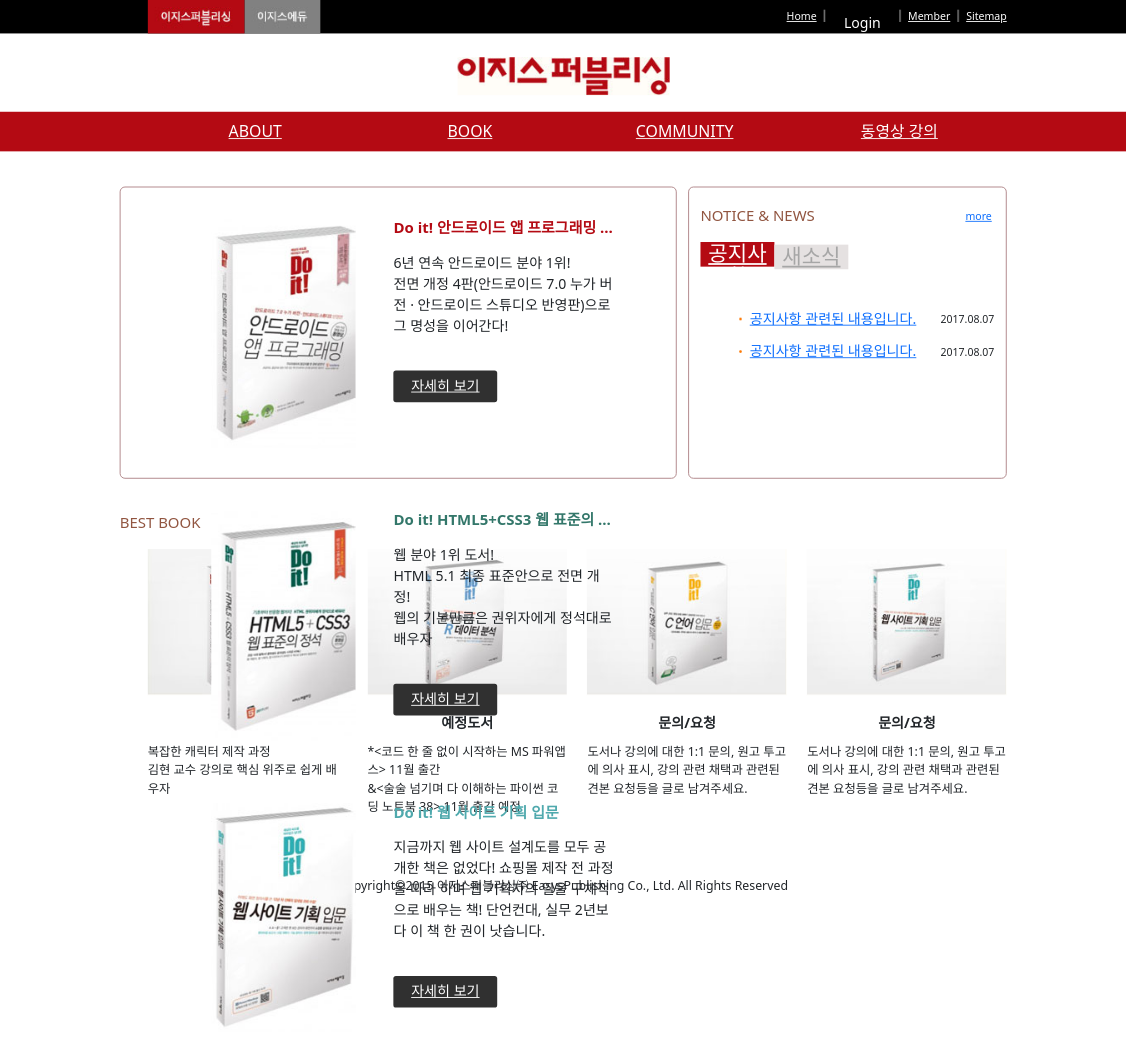
Repository: yeonddu/green_js
Page: pro01/testys/index.html
An editor plug-in stored every save of this project. The page is shown before and after the next save, followed by the edit.
The browser window is 1280 px wide. The pictures show the whole page, at 88% of full size.

Above is the page before, as saved 2022-12-26 07:23:27.

After the next save:
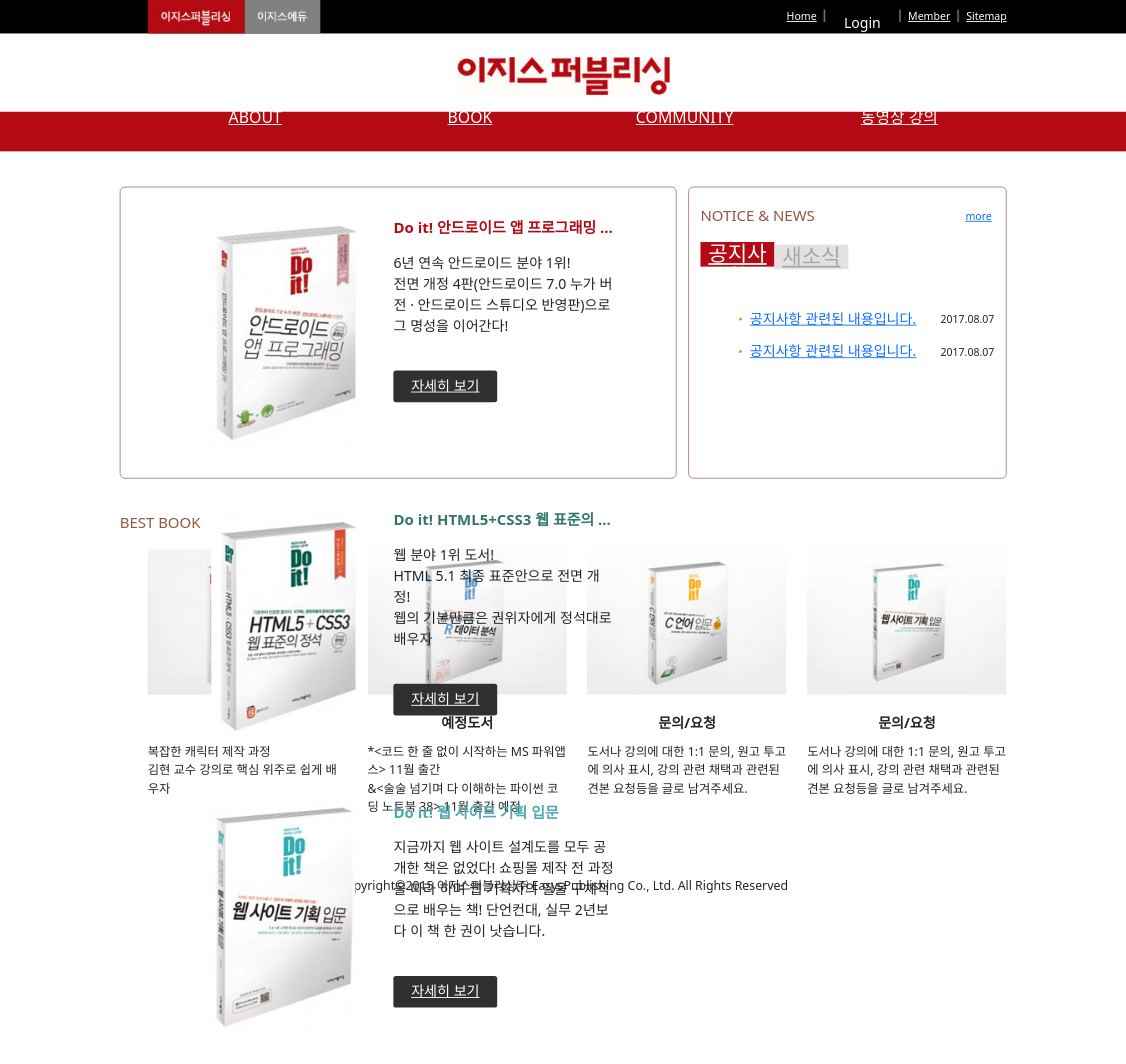
Saved 16 s later.
--- a/pro01/testys/css/common.css
+++ b/pro01/testys/css/common.css
@@ -30,9 +30,9 @@
 #gnb{position: absolute;left: 0;bottom: 0;width: 100%;z-index: 100;}
 #gnb > ul > li{width:25%;float: left;position: relative;}
 #gnb > ul > li > a{color: #fff;font-size:18px;text-align:center;display: block;height:45px;line-height:45px;}
+nav > ul { overflow: hidden; }
 #gnb ul ul{display: none;position: absolute;left:50%;top:45px;width: 180px;margin-left: -90px;background-color: #fff;border: 1px solid #b40a13;border-top: none;border-radius: 0 0 7px 7px;font-size:13px; z-index:99;}
 #gnb ul ul a{display: block;height: 40px;line-height: 40px;text-align: center;}
-
 .mobile-menu-open{
     position: absolute;
     right: 10px;

After the save that followed:
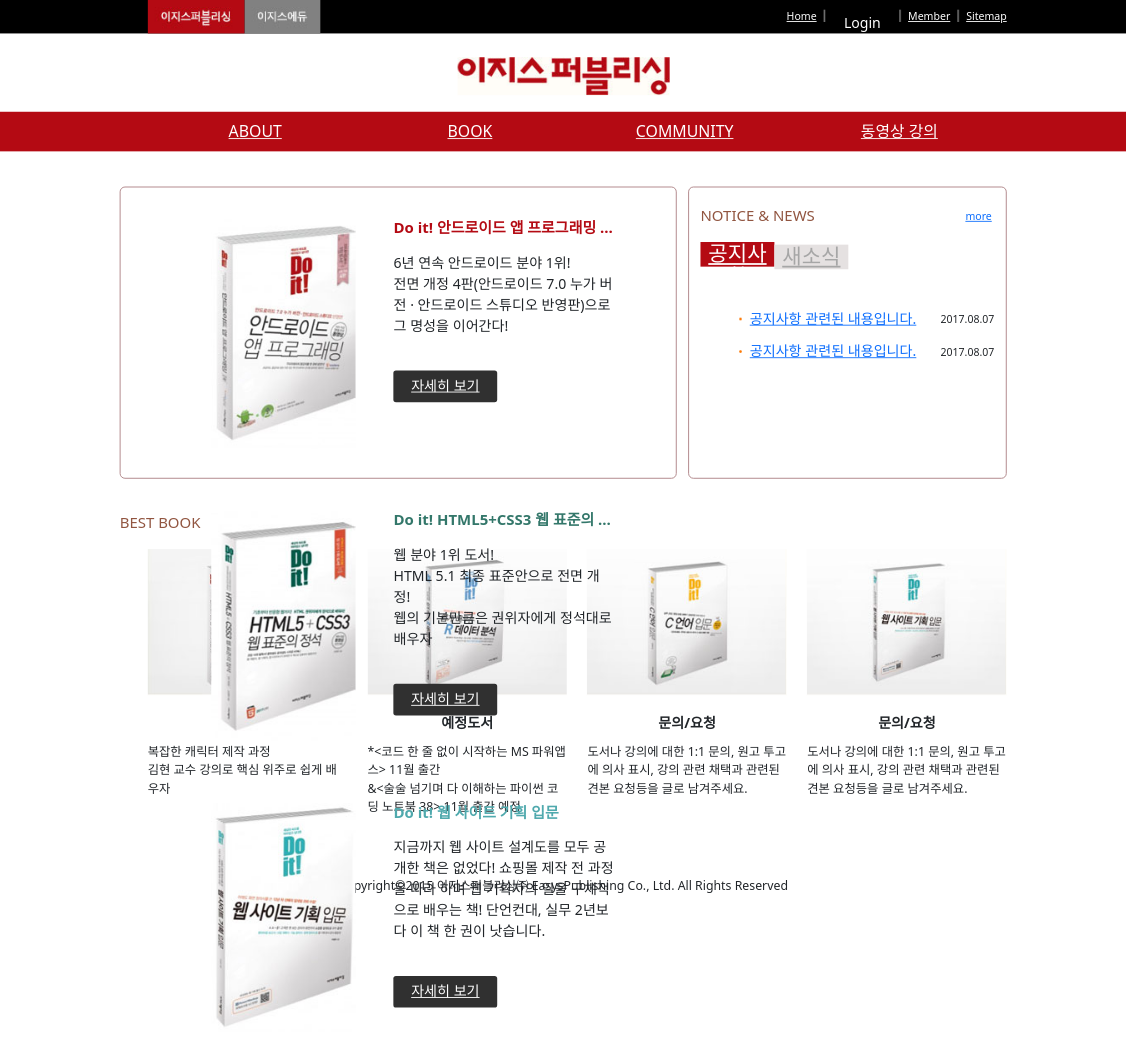
Saved 5 s later.
--- a/pro01/testys/css/common.css
+++ b/pro01/testys/css/common.css
@@ -30,7 +30,6 @@
 #gnb{position: absolute;left: 0;bottom: 0;width: 100%;z-index: 100;}
 #gnb > ul > li{width:25%;float: left;position: relative;}
 #gnb > ul > li > a{color: #fff;font-size:18px;text-align:center;display: block;height:45px;line-height:45px;}
-nav > ul { overflow: hidden; }
 #gnb ul ul{display: none;position: absolute;left:50%;top:45px;width: 180px;margin-left: -90px;background-color: #fff;border: 1px solid #b40a13;border-top: none;border-radius: 0 0 7px 7px;font-size:13px; z-index:99;}
 #gnb ul ul a{display: block;height: 40px;line-height: 40px;text-align: center;}
 .mobile-menu-open{
